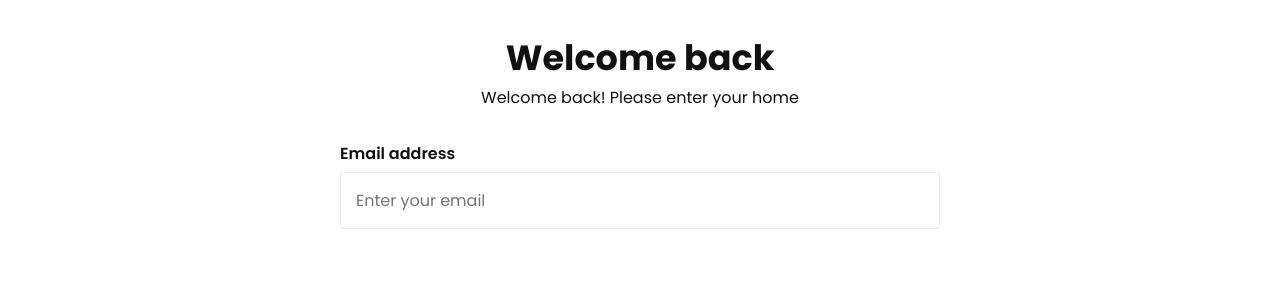
Repository: hoang0508/ReactJs-Fruits
Page: /sign-up
An editor plug-in stored every save of this project. The page is shown before and after the next save, followed by the edit.
The browser window is 1280 px wide. The pictures show the whole page.
The project was rebuilt for these pictures with package versions that can differ from the ones it lists, and the page was loaded fresh each time. Also part of the build but not shown: src/Pages/NotFoundPage.js, src/hooks/useHookAPI.js, src/hooks/useLocalStrorage.js, src/components/context/Auth-Context.js, src/components/Media/Social.scss, src/components/Media/Social.js, src/components/Footer/Footercoppy.js, src/components/Footer/Footer.js and 33 more.

Above is the page before, as saved 2022-05-12 10:01:59.

After the next save:
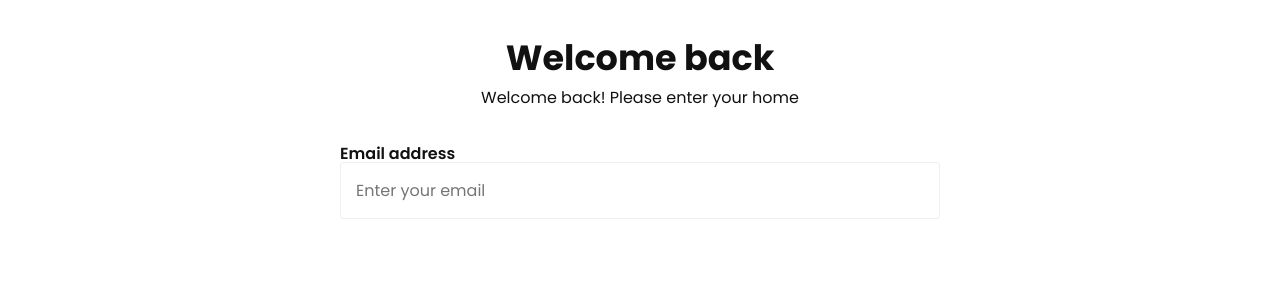
Saved 13 s later.
--- a/src/Pages/SignUpPage.js
+++ b/src/Pages/SignUpPage.js
@@ -17,15 +17,6 @@
   .form {
     max-width: 600px;
     margin: 0 auto;
-  }
-  .field {
-    display: flex;
-    flex-direction: column;
-    gap: 10px 0;
-    margin-bottom: 40px;
-    &:last-child {
-      margin-bottom: 0px;
-    }
   }
 `;
 

After the 2 saves that followed:
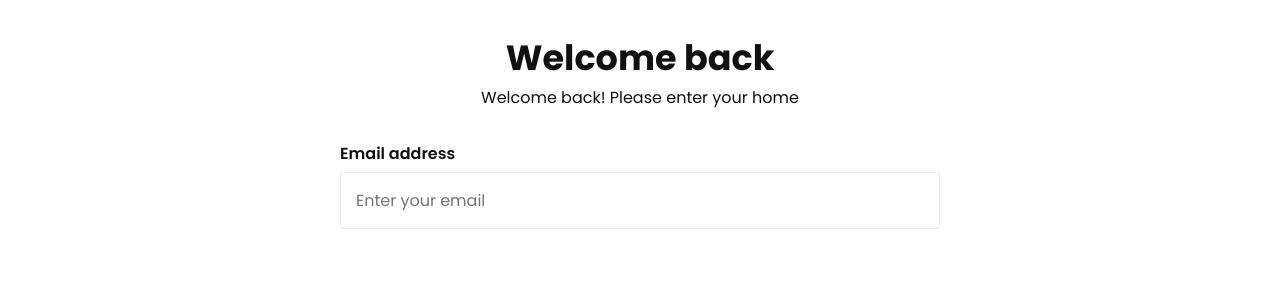
The 2 saves are shown as one change because 1 left the picture as it was.
The last was saved 25 s later.
--- a/src/Pages/SignUpPage.js
+++ b/src/Pages/SignUpPage.js
@@ -1,3 +1,4 @@
+import { Field } from "components/Field";
 import { Input } from "components/Input";
 import { Label } from "components/label";
 import React from "react";
@@ -30,10 +31,10 @@
         </span>
       </div>
       <form className="form">
-        <div className="field">
+        <Field>
           <Label htmlFor="email">Email address</Label>
           <Input name="email" type="text" placeholder="Enter your email" />
-        </div>
+        </Field>
       </form>
     </SignUpPageStyles>
   );
--- a/src/components/Field/Field.js
+++ b/src/components/Field/Field.js
@@ -1,7 +1,15 @@
 import React from "react";
 import styled from "styled-components";
 
-const FieldStyles = styled.div``;
+const FieldStyles = styled.div`
+  display: flex;
+  flex-direction: column;
+  gap: 10px 0;
+  margin-bottom: 40px;
+  &:last-child {
+    margin-bottom: 0px;
+  }
+`;
 
 const Field = ({ children }) => {
   return <FieldStyles>{children}</FieldStyles>;
